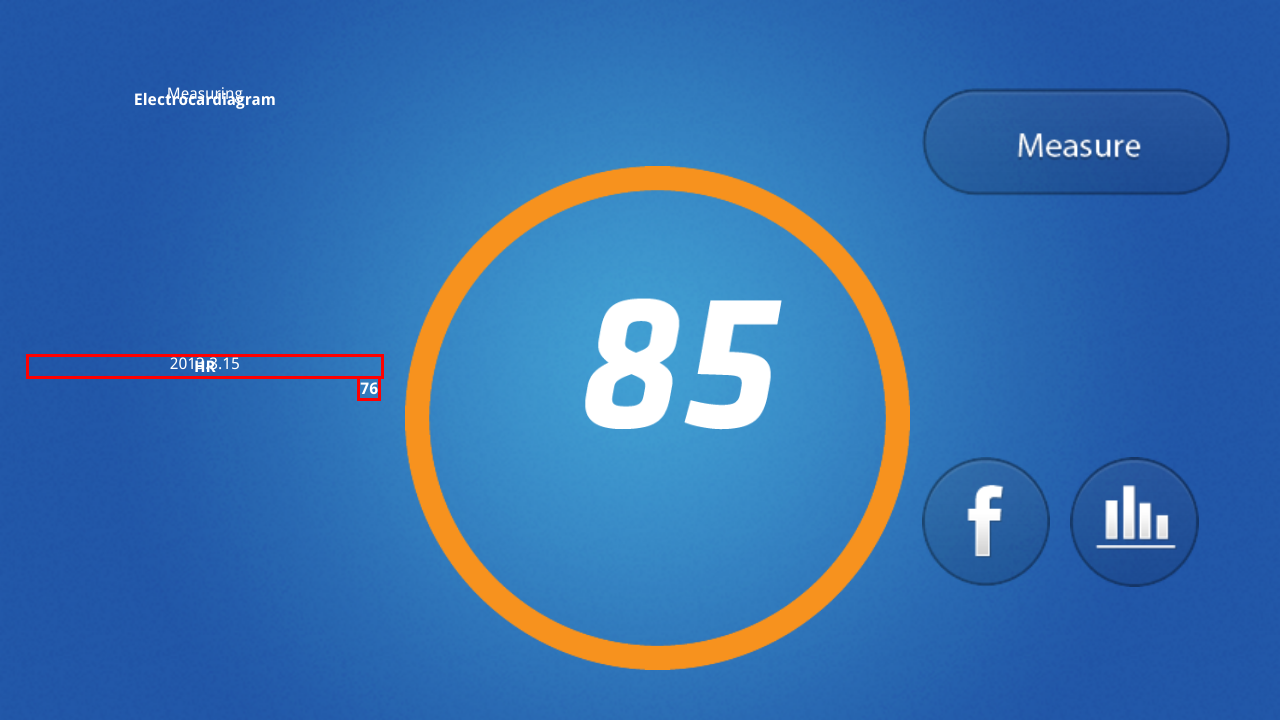
Repository: chouwill79131/IEcontest
Page: BluetoothChat/assets/complete.html
An editor plug-in stored every save of this project. The page is shown before and after the next save, followed by the edit.
The browser window is 1280 px wide. The pictures show the whole page.

Above is the page before, as saved 2013-03-08 17:51:52.
Console error: TypeError: Cannot set properties of null (setting 'innerHTML')

### BluetoothChat/assets/complete.html
<html>
  <head>
    <meta http-equiv="Content-Type" content="text/html; charset=utf-8"/>
    <link href="complete.css" rel="stylesheet"/>
    <script src="jquery.js"></script>
    <script src="highcharts.js"></script>
    <script src="delay.js"></script>
    <script src="main.js"></script>
  </head>
  <body>
    <div id="main" >
    	<div class="left">
			<div class="text">
				<div class="word">Electrocardiagram</div><br />
				<div class="subword">Measuring</div><br />

				<div class="hr"><div>HR</div><div id="hr">76</div></div><br />
				<div class="date">2013.3.15</div>
			</div>

		</div>

		<div class="mid">
			<img class="rhythm" src="button/85.png" />
			<img class="circle" src="button/circle.png" />
		</div>

		<div class="right">
			<button class="measure"><img src="button/Measure.png" /></button><br />
			<button class="share" ><img src="button/Share.png" /></button>
			<button class="record"><img src="button/Record.png" /></button>
		</div>




	</div>
  </body>
</html>

### BluetoothChat/assets/complete.css
@font-face {
    font-family: droidsans;
    src: url(fonts/droidsans.ttf);
}

@font-face {
    font-family: DroidSans-Bold;
    src: url(fonts/DroidSans-Bold.ttf);
}

body { margin:0; padding:0;}
#main { width: auto; height: 100%; background-image: url(button/background.png); background-size: 100% 100%; }
.left, .mid, .right {float: left; height: 100%; }


.left {  width: 28%; padding-left:2%;}
.text, .hr , .date{ text-align: center; color:white;}
.word { margin-top: 25%;  font-family: DroidSans-Bold ; }
.subword, .date { margin-top:-12%; font-family: droidsans ;}
.hr {  border:solid red ; margin-top: 65%;  font-family: DroidSans-Bold ;}
#hr {border:solid red; float:right; margin-left: -10% ;}
.date { font-family: droidsans ;}

.mid { width: 41%; }
.rhythm, .circle { width: auto; height:70%; margin-left: 4%; }
.rhythm { margin-top: 22%; z-index: 1;  margin-left:-28% ;}
.circle { margin-top: -86.5%; z-index: 2; }

.right { width: 29%; }
.right button { float: left; border: none; background: transparent; }
.measure img {margin-top: 10%; width: auto;  height:15%; }
.share img, .record img { width: auto;  height:18%; }
.measure { margin-left: 2%; margin-top: 15%; }
.share, .record { background: red;margin-top: 70%; margin-left: 2%; }


<!--
border? font? .record_top
-->

### BluetoothChat/assets/delay.js

$(function(){
setTimeout(function(){
$.getScript("dy_chart.js");
},200)
})

### BluetoothChat/assets/main.js
var chart;
var step = 0.01;	//step0.008每秒125點	//0.005極限
var xstart = step;
var hr = "--";
var score = "--";
var index;
$(document).ready(function ready() {

    var s = "";
    var theDate = new Date();
    s += theDate.getYear()+1900 + ".";                //  年
    s += (theDate.getMonth() + 1) + ".";				// 月
    s += theDate.getDate(); 							// 日
    document.getElementById("date").innerHTML = s;
    index = document.getElementById("main").innerHTML; //保留首頁

    $(".measure").live("click", function() {
      measure();
    }); //click .measure


}); //(document).ready

function shared(){
	view1 = document.getElementById("rhythm").innerHTML;
	document.getElementById("rhythm").innerHTML = view1+'<img class="stop" src="button/complete.png" style="width:100%; margin-top: -50% ;z-index:5;position: relative;" />';
	$("#main").live("click", function() {
      document.getElementById("rhythm").innerHTML = view1;
    });
}

function complete(hr1,score1){
  hr = hr1;
  score = score1;
  view = document.getElementById("dy_chart").innerHTML;
  document.getElementById("dy_chart").innerHTML = view+'<img class="stop" src="button/Completed.png" style="width:50%; margin: -20% 0% 0% 25%; z-index:2;position: relative;" />';
  $(".stop").html('<img src="button/Continue.png" />');
}

function addSomething(a) {
  for (var i in a){
    chart.series[0].addPoint([xstart,a[i]],false,true);
    xstart += step;
  }
  chart.redraw();
}

function history(history){
	view2 = document.getElementById("main").innerHTML;
    $("#main").html(
    '<div class="main1">'+
	'<div class="contain">'+
	'<div id="dy_chart" style="z-index:1;position: relative;"></div>'+
	'</div>'+
	'<div id="foot">'+
	'<button class="stop">'+
	'<img src="button/Back.png" />'+
	'</button>'+
	'</div>'+
    '</div>'
    );

    Highcharts.setOptions({
      global: {
	useUTC: true
      }
    });

    hischart = new Highcharts.Chart({
      chart: {
		renderTo: 'dy_chart',
		backgroundColor: 'transparent',
		type: 'line',
      },
      title: {
		style:{ color: '#FFFFFF'},
		text: 'Measure history',
      },
      credits: {			// highchart.com
		enabled:false
      },
      legend: {  			// 線的標示
        enabled: false
      },
      xAxis: {
      	type: 'datetime',
		dateTimeLabelFormats: { // don't display the dummy year
	  		month: '%e. %b',
	  		year: '%b'
		},
		lineColor: '#FFFFFF',
		labels: {
	  		style: {
				color: '#FFFFFF',
			}
		}
	  },
	  yAxis: {
	    title: {text: 'Feeling',
	    			style: {
						color: '#FFFFFF',
					}
				},
	  	gridLineColor: '#FFFFFF',
	  	labels: {
	  		style: {
				color: '#FFFFFF',
			}
		}
	  },
	  plotOptions: {
                line: {
                    dataLabels: {
                        enabled: true,
                        color: '#FFFFFF',
                    },
                    enableMouseTracking: true,
                }
      },
	series: [{
	  name: 'measure history',
	  color: '#FFFFFF',
	  data: history
	}],
    });

    $(".stop").live("click", function(){
 //     hr = "--";
      $(".main1").html(view2);
 //     document.getElementById("hr").innerHTML = hr;
    });
};// .record click

function measure(){
	xstart = 0.01;
	$("#main").html('<div class="main1">'+
		'<div class="contain">'+
		'<div id="dy_chart" style="z-index:1;position: relative;"></div>'+
		'</div>'+
		'<div id="foot">'+
		'<button class="stop" onclick="window.MyHandler.disconnect()">'+
		'<img src="button/Stop.png" />'+
		'</button>'+
		'</div>'+
      	'</div>');
    Highcharts.setOptions({
      global: {useUTC: true }
    });
    chart = new Highcharts.Chart({
      chart: {
		renderTo: 'dy_chart',
		backgroundColor: 'transparent',
		type: 'spline',
		marginRight: 10,
      },
      credits: {enabled:false},
      title: {
		style:{ color: '#FFFFFF'},
		text: 'Electrondiagram',
      },
      xAxis: {
		type: 'x Axis',
		style:{ color: '#FFFFFF'},
		tickPixelInterval: 100,
		lineColor: '#FFFFFF',
		labels: {style: {color: '#FFFFFF'}},
      },
      yAxis: {
      	title: {
      		text: 'Score',
      		style: {color: '#FFFFFF'}},
	  		gridLineColor: '#FFFFFF',
	  		labels: {style: {color: '#FFFFFF'}},
			//max:1500,
			//min:0,
			title: {
	  			style:{ color: '#FFFFFF'},
	  			text: 'PPG'
	  		},
			plotLines: [{value: 0,width: 1}]
      	},
      	legend: {enabled: false},
      	exporting: {enabled: false},
      	plotOptions: {
			spline: {
	  			lineWidth: 1,
	  			states: {
	    			hover: {
	      				enabled: false,
	      				lineWidth: 2
	    			}
	  			},
	  		marker: {
	    		enabled: false,
	    		states: {
	      			hover: {
						enabled: false,
	      			}
	    		}
	  		},
		}
      }, // yAxis
      series: [{
		name: 'Data',
		color: '#FFFFFF',
		data: (function() {
	  		var data = [];
	  		var step = 0.01;	//step0.008每秒125點	//0.005極限
			var xstart = step;
	  		for (var i = -4; i <= xstart; i+=step){data.push({x: i,y: 0 });}
	  		return data;
		})()
		}]
    }); //Highcharts

    hr = '--';
    score = '--';
    $(".stop").live("click",function() {
      $(".main1").html(index);
      document.getElementById("hr").innerHTML = hr;
      document.getElementById("rhythm").innerHTML = '<div id="score">'+score+'</div><img class="circle" src="button/circle.png" />';
    }); //click .stop
}

### BluetoothChat/assets/dy_chart.js
var chart;
var step = 0.01;	//step0.008每秒125點	//0.005極限
var xstart = step;
//a = Math.random();
var hr = 15;
var score = 80;
function complete(hr1,score1){
	hr = hr1;
	score = score1;
	view = document.getElementById("dy_chart").innerHTML;
	document.getElementById("dy_chart").innerHTML = view+'<img class="stop" src="button/60.png" style="width:50%; margin: -20% 0% 0% 25%; z-index:2;position: relative;" /><br />'+hr+',<br />'+score;
}

function addSomething(a) {
//	setInterval(function() {        			 // for testing feq
	for (var i in a){
		chart.series[0].addPoint([xstart,a[i]],false,true);
		xstart += step;
	}

	/**
	chart.series[0].addPoint([xstart,a],false,true);
	xstart += step;
	**/

	chart.redraw();
//	}, 1000);									// for testing feq
}



$(function () {
	$(".stop").click(function() {
	$(".main1").html('  <div id="main" >'+
    	'<div class="left">'+
			'<div class="text">'+
				'<div class="word">Electrocardiagram</div><br />'+
				'<div class="subword">Measuring</div><br />'+
				'<div class="hr">HR <span id="hr"></span></div>'+
				'<div id="date"></div>'+
			'</div>'+
		'</div>'+
		'<div class="mid" id="mid">'+
			'<div class="score">84</div>'+
			'<img class="circle" src="button/circle.png" />'+
		'</div>'+
		'<div class="right">'+
			'<button class="measure"><img src="button/Measure.png" /></button><br />'+
			'<button class="share" ><img src="button/Share.png" /></button>'+
			'<button class="record"><img src="button/Record.png" /></button>'+
		'</div>'+
	'</div>');
 // 		window.location.href = "complete.html";
	});
    $(document).ready(function() {
        Highcharts.setOptions({
            global: {
                useUTC: false
            }
        });

        chart = new Highcharts.Chart({
            chart: {
                renderTo: 'dy_chart',
                backgroundColor: 'transparent',
                type: 'spline',
                marginRight: 10,
            },
            credits: {
            enabled:false
            }
            ,
            title: {
            	style:{ color: '#FFFFFF'},
                text: 'Electrondiagram',
            },
            xAxis: {
                type: 'x Axis',
                style:{ color: '#FFFFFF'},
                tickPixelInterval: 150
            },
            yAxis: {
            	max:1500,
            	min:0,
                title: {
                	style:{ color: '#FFFFFF'},
                    text: 'Value'
                },
                plotLines: [{
                    value: 0,
                    width: 1,
                }]
            },

            legend: {
                enabled: false
            },
            exporting: {
                enabled: false
            },
	    plotOptions: {
                spline: {
                   lineWidth: 1,
                   states: {
                       hover: {
                       	enabled: false,
                        lineWidth: 2
                       }
                   },
                   marker: {
                      enabled: false,
                      states: {
                          hover: {
                             enabled: false,
                          }
                      }
                  },
               }
            },
            series: [{
                name: 'Data',
                color: '#FFFFFF',
                data: (function() {
                    // generate an array of random data
                    var data = [],
                        time = (new Date()).getTime(),i;

                    for (i = -4; i <= xstart; i+=step) {
                        data.push({
                            x: i,
                            y: 0
                        });
                    }
                    return data;
                })()
            }]
        });
    });
});

Loaded but not shown: BluetoothChat/assets/jquery.js (library); BluetoothChat/assets/highcharts.js (library)

After the next save:
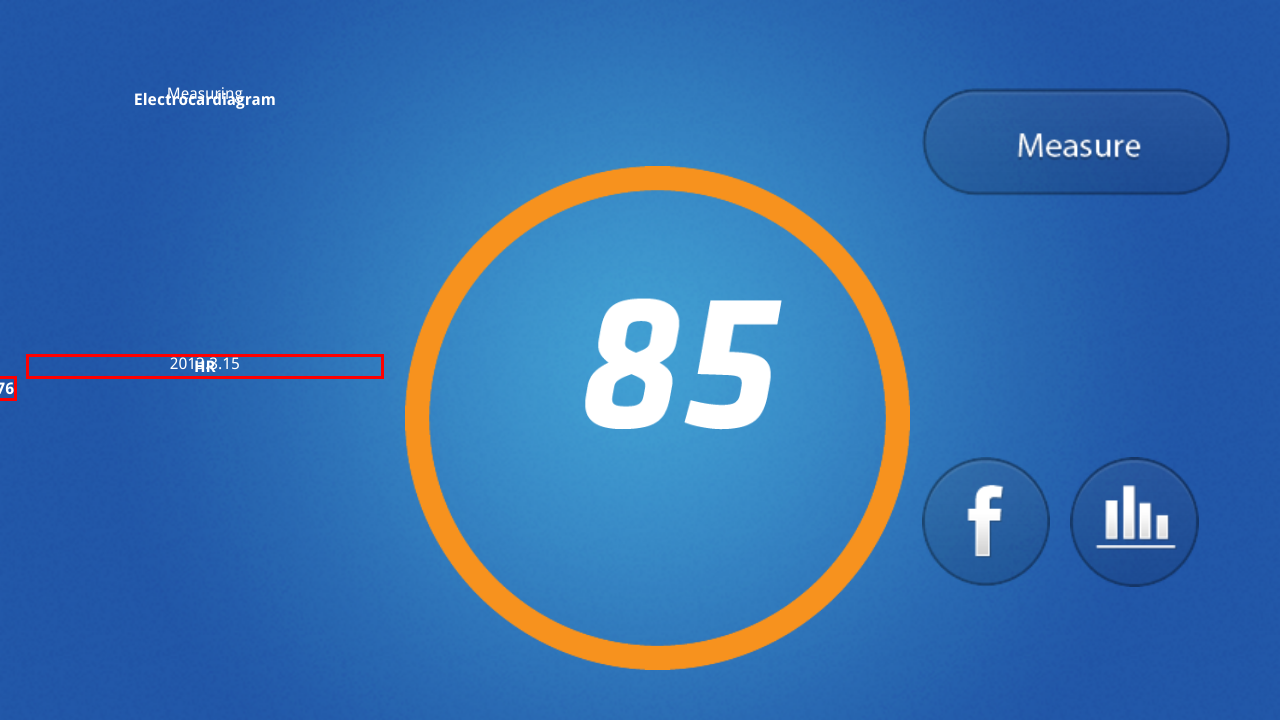
Saved 106 s later.
--- a/BluetoothChat/assets/complete.css
+++ b/BluetoothChat/assets/complete.css
@@ -18,7 +18,7 @@ body { margin:0; padding:0;}
 .word { margin-top: 25%;  font-family: DroidSans-Bold ; }
 .subword, .date { margin-top:-12%; font-family: droidsans ;}
 .hr {  border:solid red ; margin-top: 65%;  font-family: DroidSans-Bold ;}
-#hr {border:solid red; float:right; margin-left: -10% ;}
+#hr {border:solid red; float:left; margin-left: -10% ;}
 .date { font-family: droidsans ;}
 
 .mid { width: 41%; }
